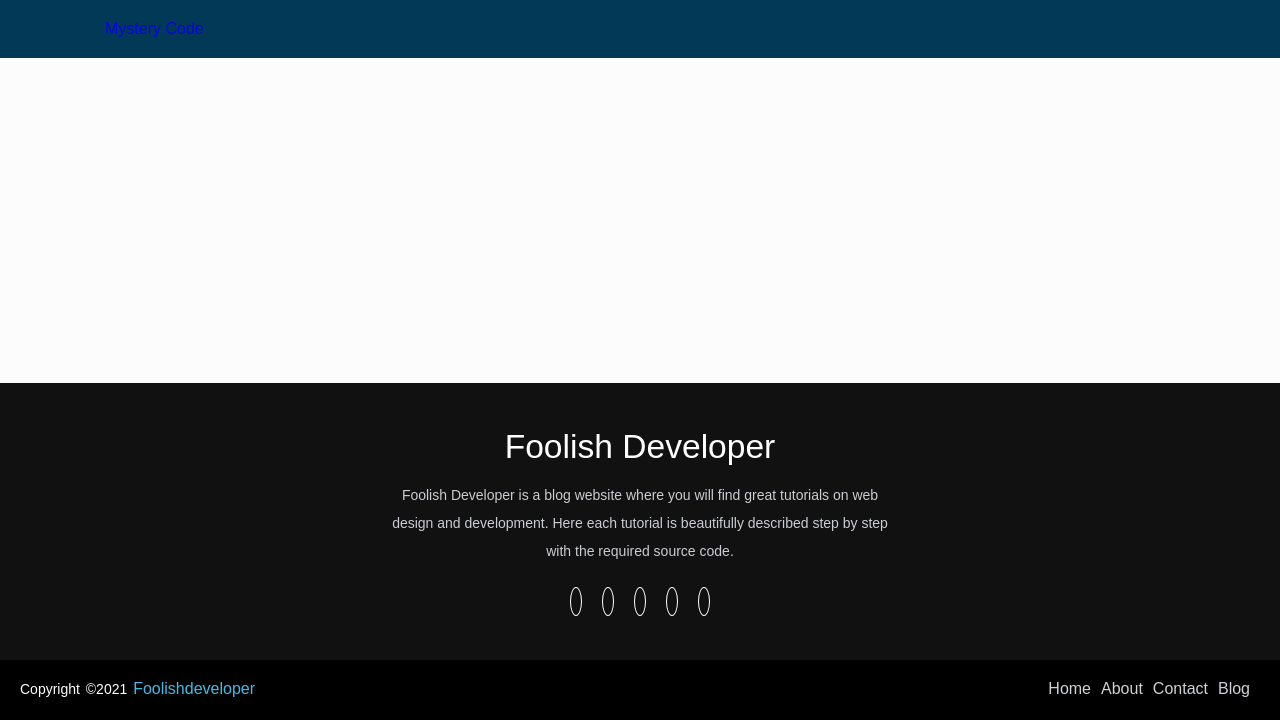
Repository: mcleanka/gym-management-system
Page: index.html
These files come from the project's save history. The page is drawn as it stood at one moment and after the next save; the edit follows.
The browser window is 1280 px wide. The pictures show the whole page.

Above is the page before, as saved 2022-07-01 16:59:04.

After the next save:
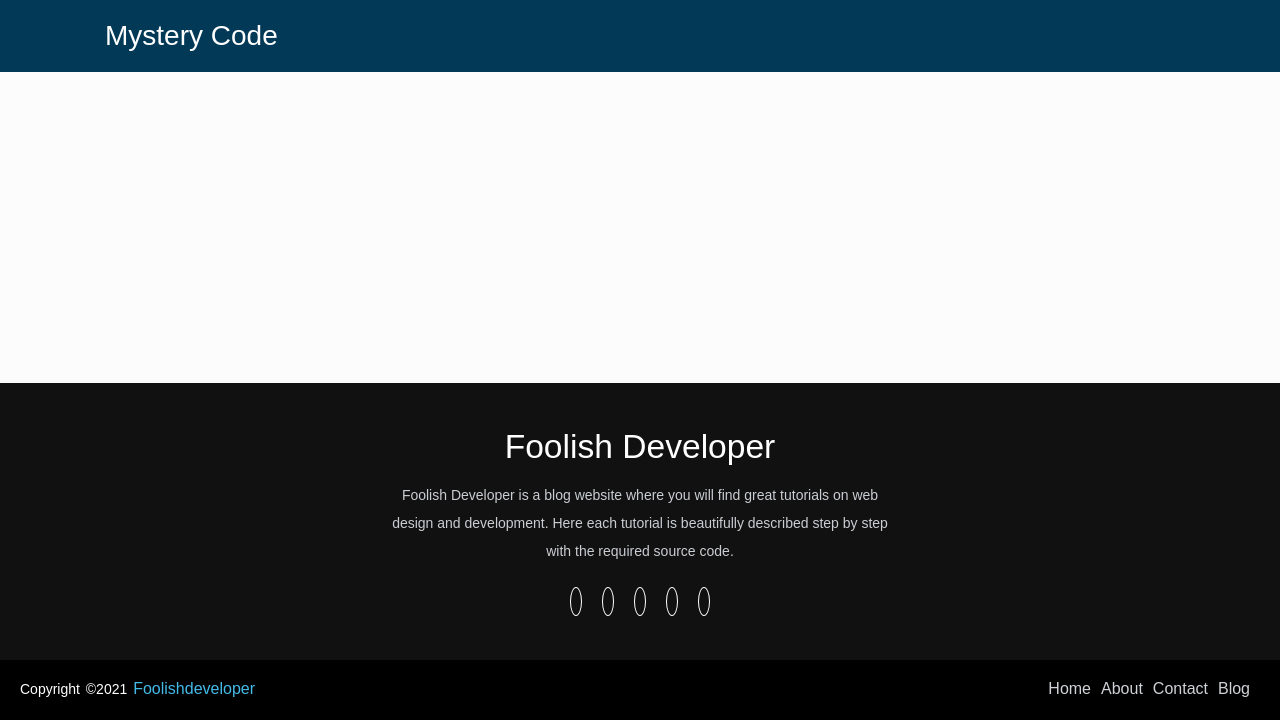
Saved 8 s later.
--- a/css/style.css
+++ b/css/style.css
@@ -39,6 +39,12 @@
      	display: flex;
      	align-items: center;
      	justify-content: space-between;
+     }
+
+
+     .logo {
+     	font-size: 28px;
+     	color: white;
      }
 
      footer {
